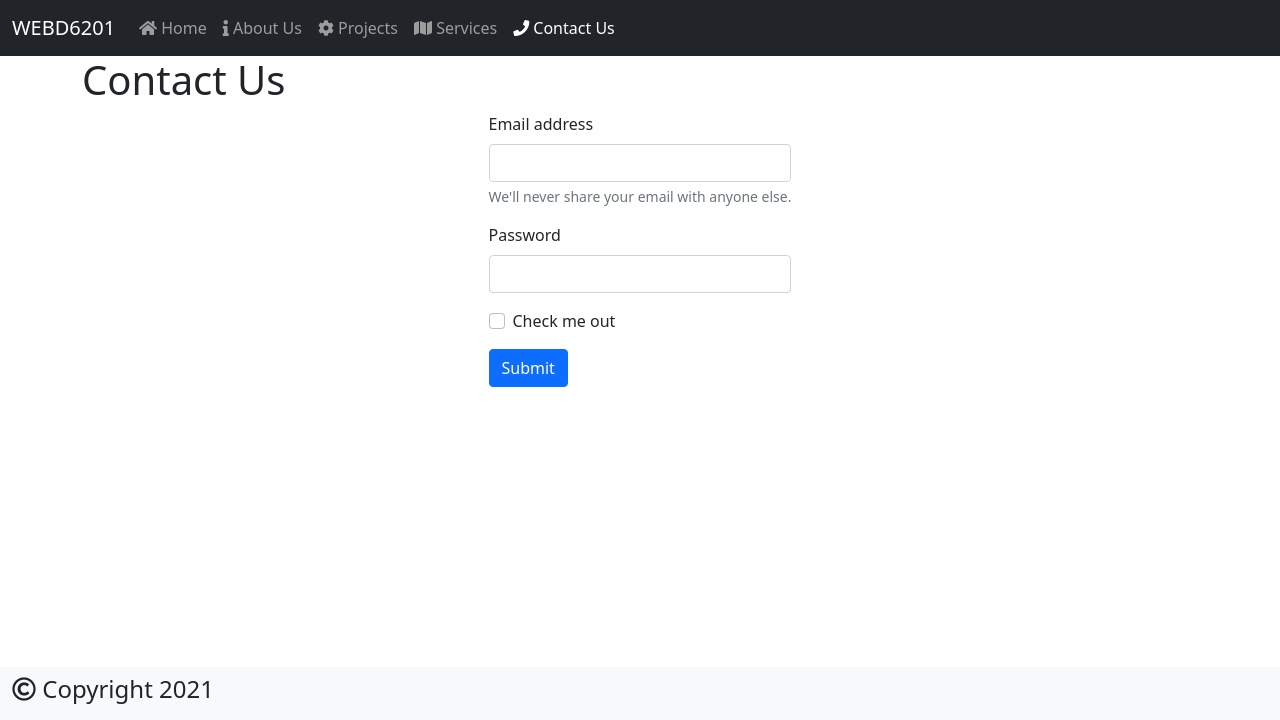
Repository: spencernewellevans/WEBD6201-ICE01
Page: contact.html
These files come from the project's save history. The page is drawn as it stood at one moment and after the next save; the edit follows.
The browser window is 1280 px wide. The pictures show the whole page.

Above is the page before, as saved 2021-01-22 19:32:43.

### contact.html
<!DOCTYPE html>
<html lang="en">
<head>
    <meta charset="UTF-8">
    <meta name="viewport" content="width=device-width, initial-scale=1.0">
    <title>Contact</title>
    <!-- CSS Section-->
    <link rel="stylesheet" href="./node_modules/bootstrap/dist/css/bootstrap.min.css">
    <link rel="stylesheet" href="./node_modules/@fortawesome/fontawesome-free/css/all.min.css">
    <link rel="stylesheet" href="./Content/app.css">
</head>
<body>
    <!-- Main Header -->
    <header>
        <!-- Main Navigation -->
        <nav class="navbar navbar-expand-lg navbar-dark bg-dark">
            <div class="container-fluid">
              <a class="navbar-brand" href="#=index.html">WEBD6201</a>
              <button class="navbar-toggler" type="button" data-bs-toggle="collapse" data-bs-target="#navbarSupportedContent" aria-controls="navbarSupportedContent" aria-expanded="false" aria-label="Toggle navigation">
                <span class="navbar-toggler-icon"></span>
              </button>
              <div class="collapse navbar-collapse" id="navbarSupportedContent">
                <ul class="navbar-nav me-auto mb-2 mb-lg-0">
                  <li class="nav-item">
                    <a class="nav-link" aria-current="page" href="index.html"><i class="fas fa-home fa-large"></i> Home</a>
                  </li>

                  <li class="nav-item">
                    <a class="nav-link" aria-current="page" href="about.html"><i class="fas fa-info fa-large"></i> About Us</a>
                  </li>

                  <li class="nav-item">
                    <a class="nav-link" aria-current="page" href="projects.html"><i class="fas fa-cog fa-large"></i> Projects</a>
                  </li>

                  <li class="nav-item">
                    <a class="nav-link" aria-current="page" href="services.html"><i class="fas fa-map fa-large"></i> Services</a>
                  </li>

                  <li class="nav-item">
                    <a class="nav-link active" aria-current="page" href="contact.html"><i class="fas fa-phone fa-large"></i> Contact Us</a>
                  </li>
                </ul>
              </div>
            </div>
          </nav>
    </header>

    <!-- Main Content -->
    <main class="container">
        <h1>Contact Us</h1>

        <div class="row justify-content-md-center">
          <form class="col-lg-auto">

            <div class="mb-3">
              <label for="exampleInputEmail1" class="form-label">Email address</label>
              <input type="email" class="form-control" id="exampleInputEmail1" aria-describedby="emailHelp">
              <div id="emailHelp" class="form-text">We'll never share your email with anyone else.</div>
            </div>
            <div class="mb-3">
              <label for="exampleInputPassword1" class="form-label">Password</label>
              <input type="password" class="form-control" id="exampleInputPassword1">
            </div>
            <div class="mb-3 form-check">
              <input type="checkbox" class="form-check-input" id="exampleCheck1">
              <label class="form-check-label" for="exampleCheck1">Check me out</label>
            </div>
            <button type="submit" class="btn btn-primary">Submit</button>
          </form>
        </div>


    </main>

    <!-- Main Footer -->
    <footer>
        <nav class="navbar fixed-bottom navbar-light bg-light">
            <div class="container-fluid">
              <h4><i class="far fa-copyright fa-large"></i> Copyright 2021</h4>
            </div>
          </nav>
    </footer>

    <!-- Script Section -->
    <script src="./node_modules/jquery/dist/jquery.min.js"></script>
    <script src="./node_modules/bootstrap/dist/js/bootstrap.bundle.min.js"></script>
    <script src="./Scripts/app.js"></script>
</body>
</html>

### content/app.css
/* Custom CSS goes here */

### scripts/app.js
/* Custom JavaScript goes here */

// IIFE - Immediately Invoked Function Expression
// Anonymous self-executing expression
// limits scope leak

"use strict";

(function()
{
    function displayHome()
    {
        let paragraphOneText = "This is a simple site to demonstrate DOM manipulation for ICE 1";

        let paragraphOneElement = document.getElementById("paragraphOne");

        paragraphOneElement.textContent = paragraphOneText;
        paragraphOneElement.className = "fs-5"

        // CREATION
        // Step 1. create the element
        let newParagraph = document.createElement("p");
        // Step 2. configure the element
        newParagraph.setAttribute("id","paragraphTwo");
        newParagraph.textContent = "...And this is paragraph two"
        // Step 3. select parent element
        let mainContent = document.getElementsByTagName("main")[0];
        // Step 3. insert the element
        mainContent.appendChild(newParagraph);
        newParagraph.className = "fs-6";

        let paragraphDiv = document.createElement("div");
        let paragraphThree =  `<p id="paragraphThree" class="fs-7 fw-bold">And this is the third paragraph</p>`;
        paragraphDiv.innerHTML = paragraphThree;

        // INSERTION
        // insertion before a node example
        //newParagraph.before(paragraphDiv);

        // insertion after a node example
        newParagraph.after(paragraphDiv);

        // DELETION
        // example of removing a single element
        //paragraphOneElement.remove();

        // removeChild example
        mainContent.removeChild(paragraphOneElement);

        // MODIFICATION
        //mainContent.firstElementChild.textContent = "Welcome Home!"
        mainContent.innerHTML =
        `<h1 id="firstHeading">Welcome to WEBD6201 - Lab 1</h1>
        <p id="paragraphOne" class="fs-3">This is the first paragraph</p>
        `;
    }

    function displayAbout()
    {

    }

    function displayProjects()
    {

    }

    function displayServices()
    {

    }

    function displayContact()
    {

    }

    function Start()
    {
        console.log("App Started...");

        switch (document.title)
        {
          case "Home":
            displayHome();
            break;
          case "About":
            displayAbout();
            break;
          case "Projects":
            displayProjects();
            break;
          case "Services":
            displayServices();
            break;
          case "Contact":
            displayContact();
            break;
        }



    }

    window.addEventListener("load", Start);

})();

Loaded but not shown: node_modules/bootstrap/dist/css/bootstrap.min.css (library); node_modules/@fortawesome/fontawesome-free/css/all.min.css (library); node_modules/jquery/dist/jquery.min.js (library); node_modules/bootstrap/dist/js/bootstrap.bundle.min.js (library)

After the next save:
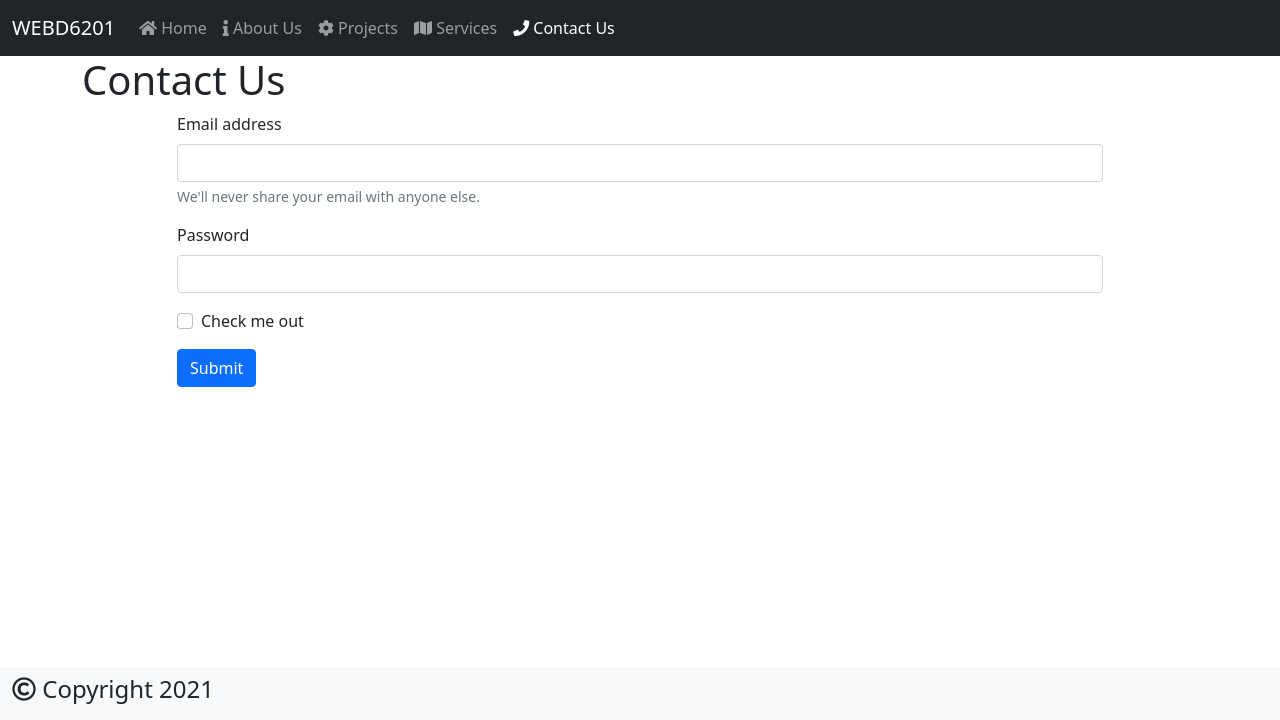
Saved 27 s later.
--- a/contact.html
+++ b/contact.html
@@ -51,7 +51,7 @@
         <h1>Contact Us</h1>
 
         <div class="row justify-content-md-center">
-          <form class="col-lg-auto">
+          <form class="col-lg-10">
 
             <div class="mb-3">
               <label for="exampleInputEmail1" class="form-label">Email address</label>
